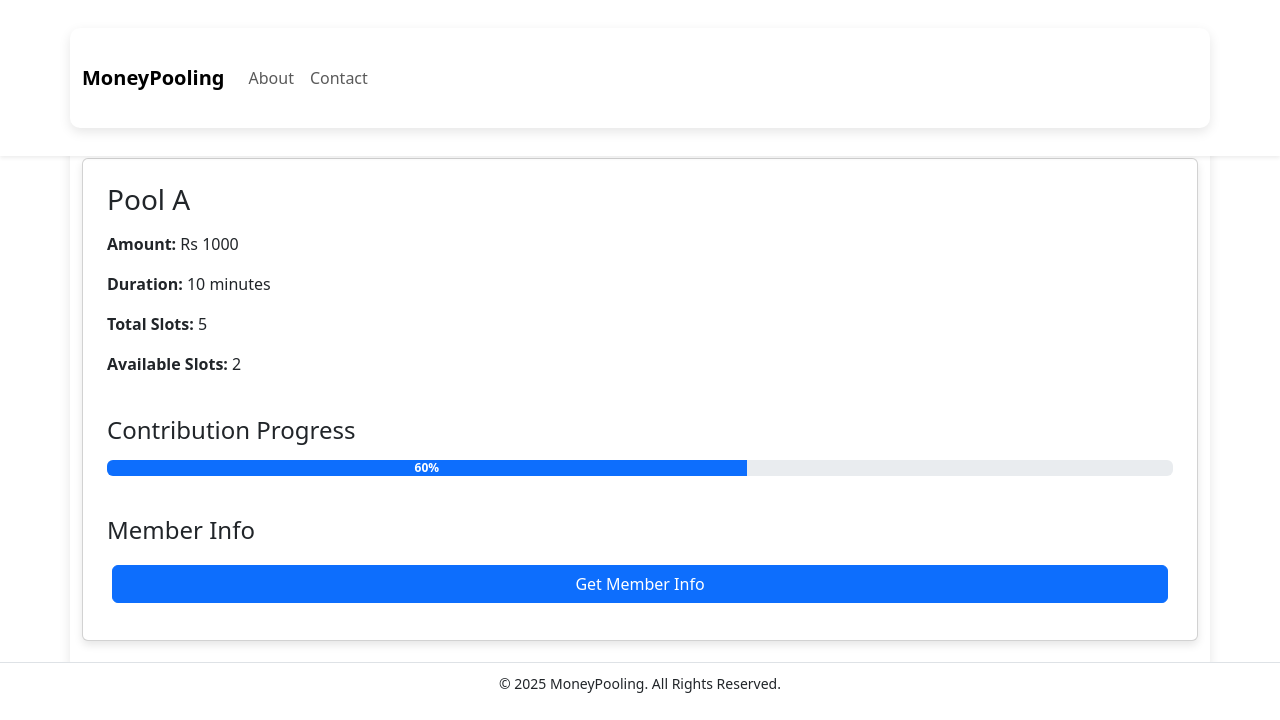
Repository: xxgautm420/MoneyPool
Page: http://localhost/progress
The author's editor kept a copy of each file at every save. The page is drawn from the files as they stood at one save, then again after the next save.
The browser window is 1280 px wide. The pictures show the whole page.
After loading, the first visible `#memberInfoButton` was clicked once.
The page is served by the project's application, run on Flask 3 (app.py). Queries for data that is not in the repository find no rows.

Above is the page before, as saved 2025-03-01 20:56:49.
Console error: ReferenceError: fetchUsername is not defined

After the next save:
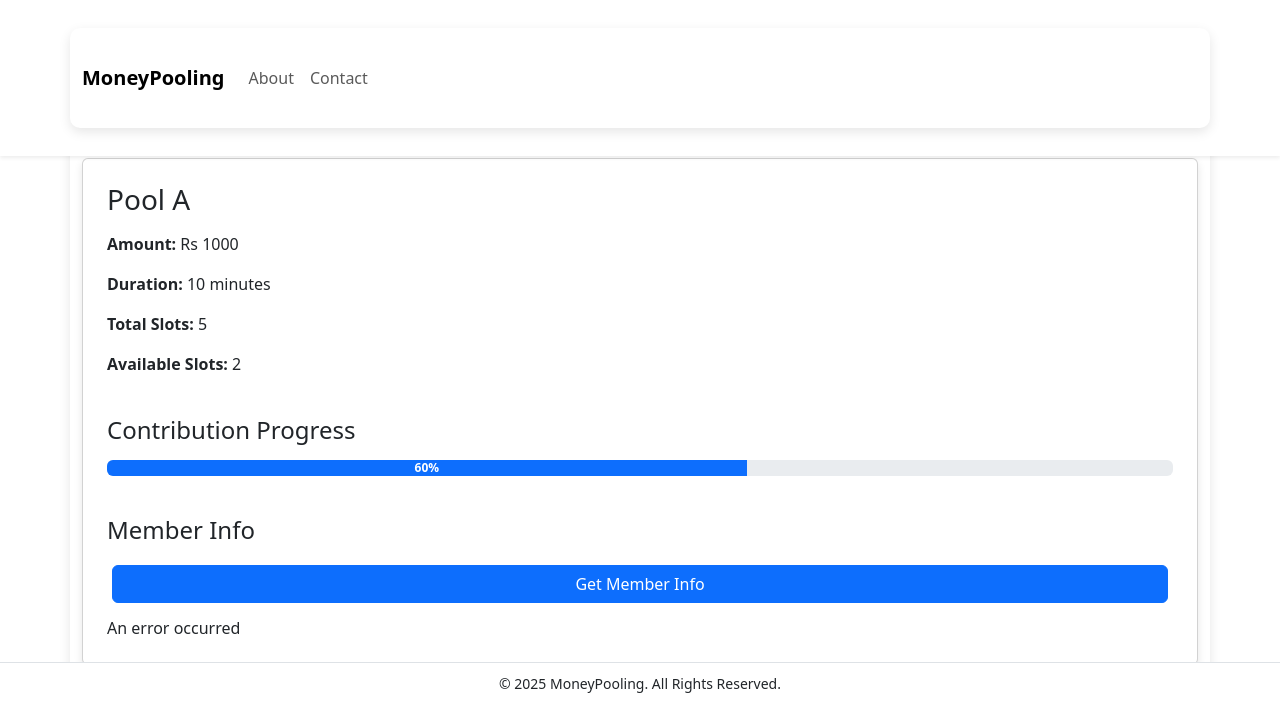
Saved 6 min 46 s later.
--- a/static/Script/progress.js
+++ b/static/Script/progress.js
@@ -1,11 +1,20 @@
 document.addEventListener("DOMContentLoaded", () => {
-    fetch('/api/users/top5')
-        .then(response => response.json())
-        .then(data => {
-            const userList = document.getElementById("userList");
-            userList.innerHTML = data.map(user => `<li>${user}</li>`).join('');
-        })
-        .catch(error => {
-            console.error('Error fetching user data:', error);
-        });
+    const memberInfoButton = document.getElementById("memberInfoButton");
+    const usernamePlaceholder = document.getElementById("usernamePlaceholder");
+
+    memberInfoButton.addEventListener("click", () => {
+        fetch('/api/users/top5')
+            .then(response => response.json())
+            .then(data => {
+                if (data.length > 0) {
+                    usernamePlaceholder.innerHTML = data.map(user => `<li>${user}</li>`).join('');
+                } else {
+                    usernamePlaceholder.innerHTML = 'No users found';
+                }
+            })
+            .catch(error => {
+                console.error('Error fetching user data:', error);
+                usernamePlaceholder.innerHTML = 'An error occurred';
+            });
+    });
 });
